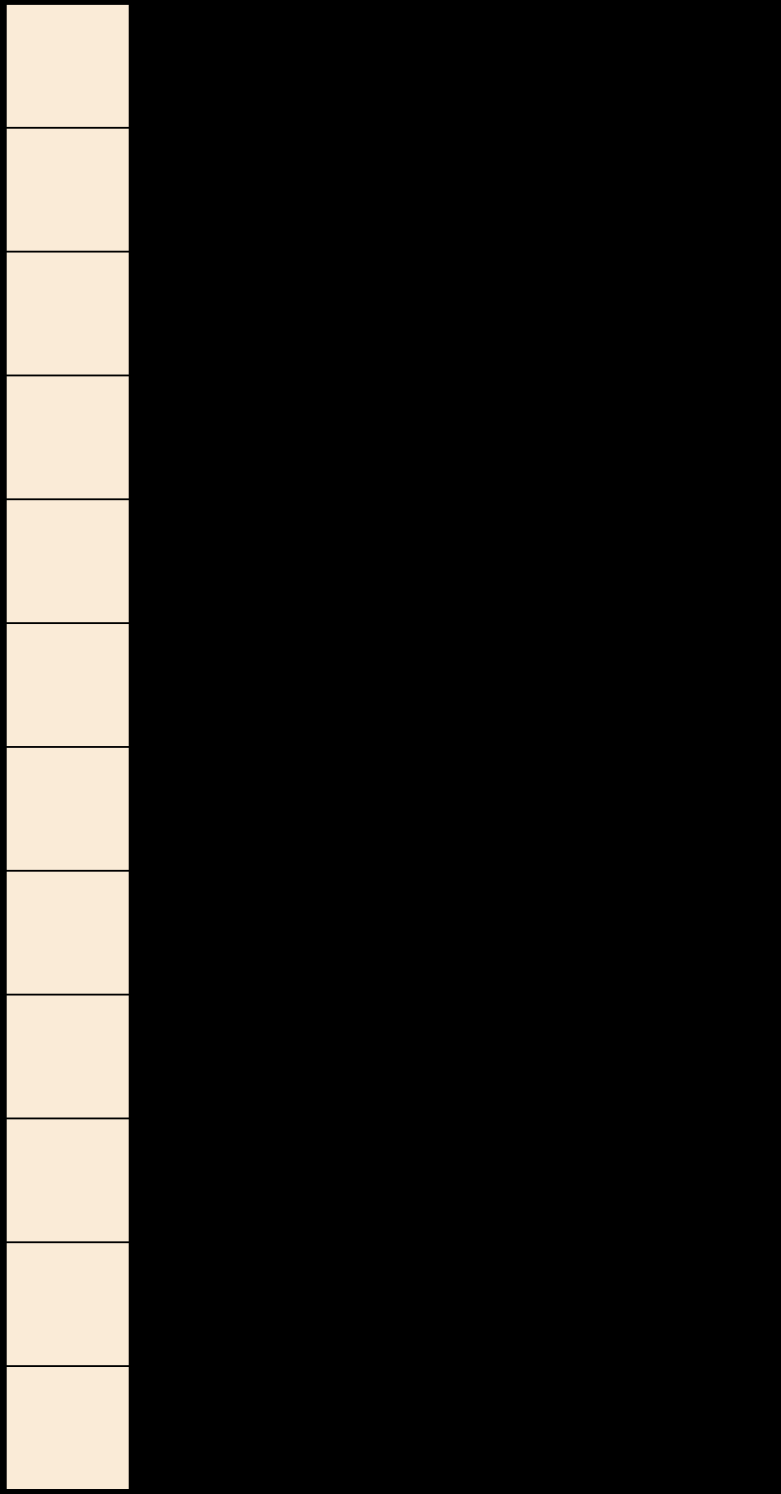
Repository: sephinejo/frontend-browser-101
Page: browser/xy.html
These files come from the project's save history. The page is drawn as it stood at one moment and after the next save; the edit follows.
The browser window is 1280 px wide. The pictures show the whole page, at 61% of full size.

Above is the page before, as saved 2023-05-10 14:29:15.

After the next save:
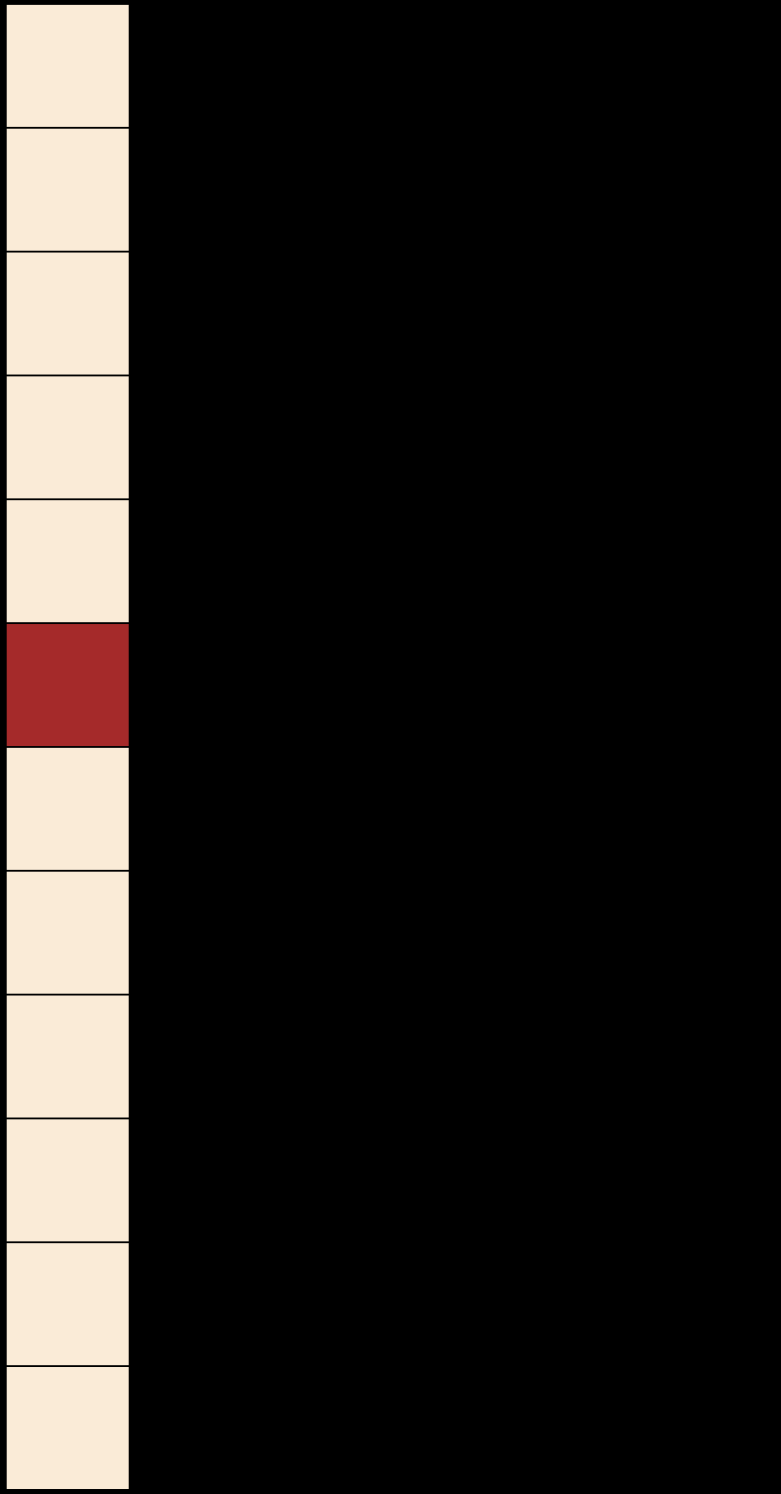
Saved 5 s later.
--- a/browser/xy.html
+++ b/browser/xy.html
@@ -15,7 +15,7 @@
         margin: 3px;
         background-color: antiquewhite;
       }
-      .box special {
+      .special {
         background-color: brown;
       }
     </style>

After the save that followed:
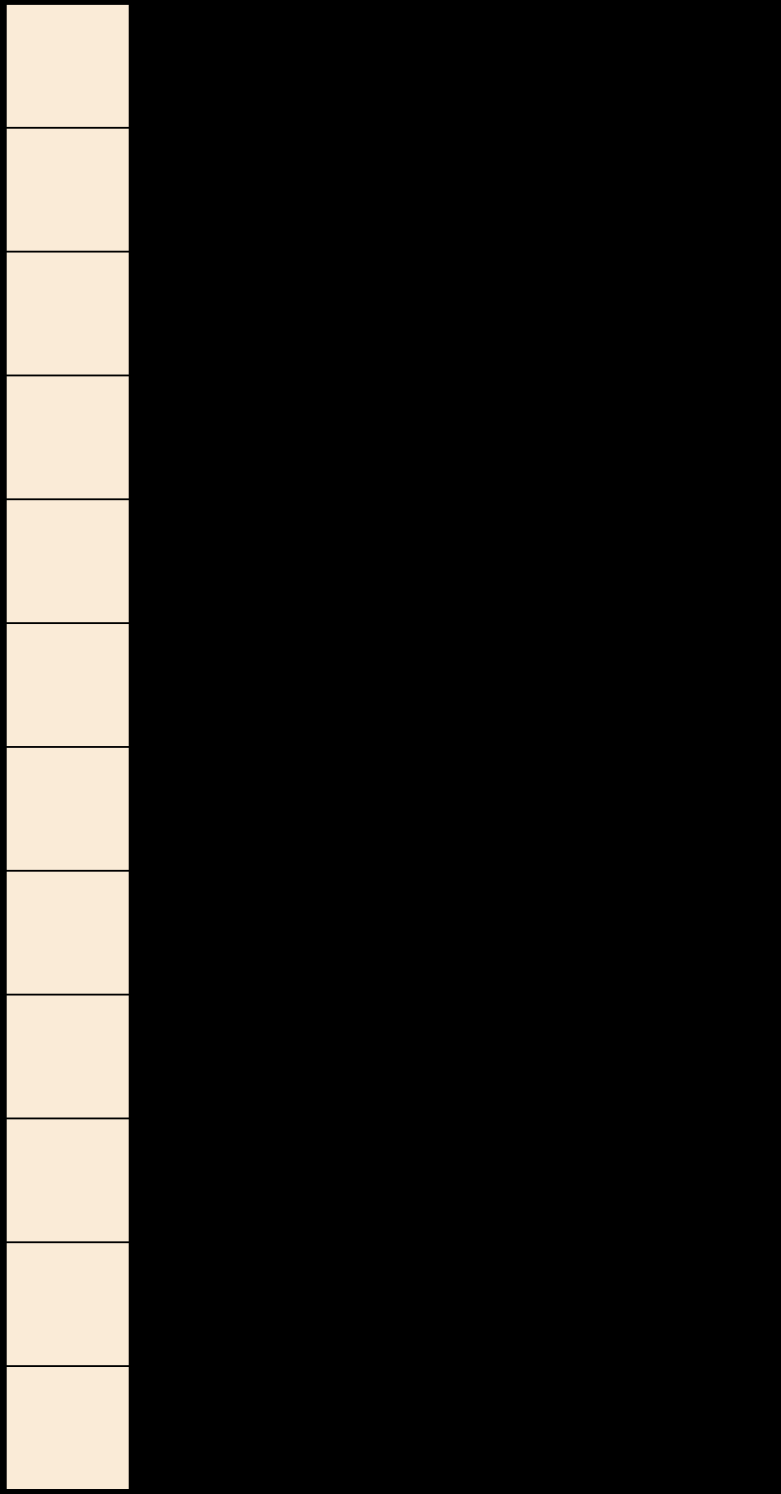
Saved 4 s later.
--- a/browser/xy.html
+++ b/browser/xy.html
@@ -15,7 +15,7 @@
         margin: 3px;
         background-color: antiquewhite;
       }
-      .special {
+      .box special {
         background-color: brown;
       }
     </style>
